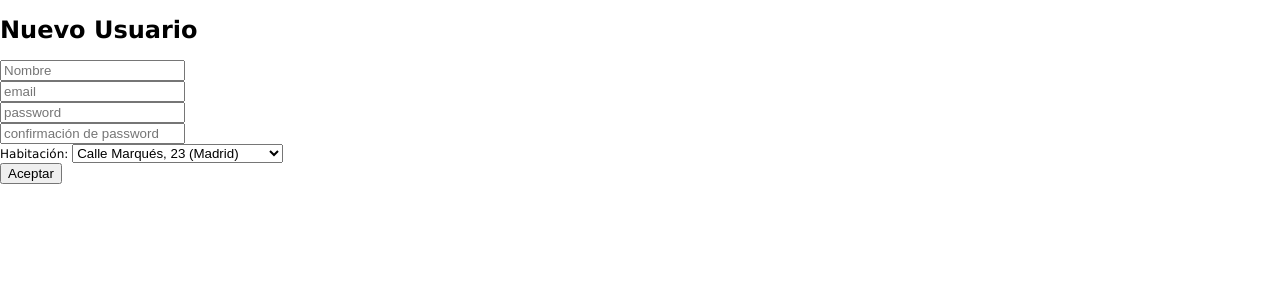
Repository: anagut/java-web
Page: http://localhost/HelloLogin/nuevousuario
An editor plug-in stored every save of this project. The page is shown before and after the next save, followed by the edit.
The browser window is 1280 px wide. The pictures show the whole page.
The page is served by Tomcat 9.

Above is the page before, as saved 2018-11-15 13:52:19.

After the next save:
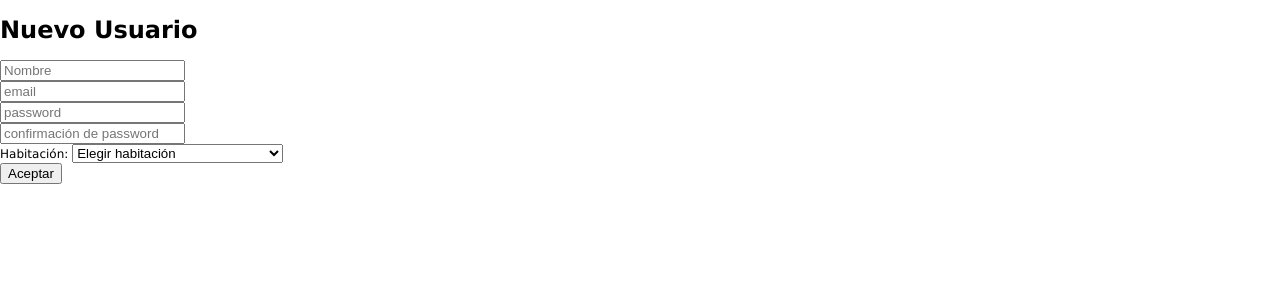
Saved 45 s later.
--- a/HelloLogin/WebContent/nuevousuario.jsp
+++ b/HelloLogin/WebContent/nuevousuario.jsp
@@ -30,6 +30,7 @@
 		<label for="habitacion">Habitación:</label>
 		<select name="habitacion" id="habitacion">
 <!-- 		Aquí irán las habitaciones -->
+			<option selected dishabled>Elegir habitación</option>
 		<c:forEach var="unaHabitacion" items="${lasHabitaciones}">
 			<option value="idhab">${unaHabitacion.calle}, ${unaHabitacion.num} (${unaHabitacion.ciudad})</option>
    		</c:forEach>
